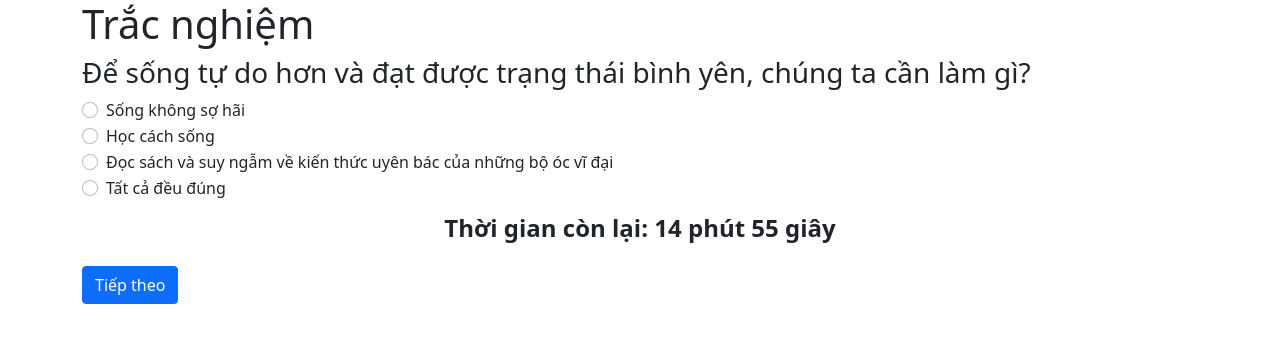
Repository: tran-thien-nhan/quiz_tlln
Page: daily_stoic_quiz.html
The author's editor kept a copy of each file at every save. The page is drawn from the files as they stood at one save, then again after the next save.
The browser window is 1280 px wide. The pictures show the whole page.

Above is the page before, as saved 2023-06-25 18:31:34.

After the next save:
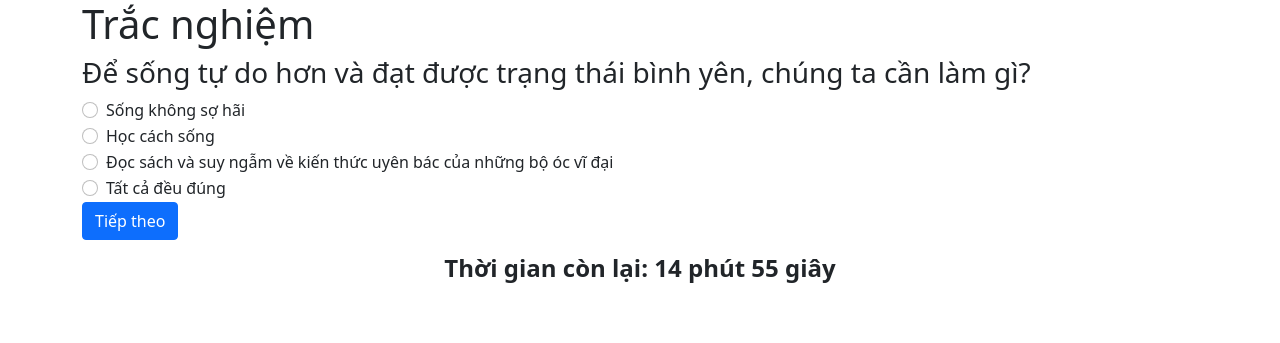
Saved 52 s later.
--- a/daily_stoic_quiz.html
+++ b/daily_stoic_quiz.html
@@ -35,11 +35,12 @@
                 <input class="form-check-input" type="radio" name="answer" id="answer4">
                 <label class="form-check-label" for="answer4" id="answerText4"></label>
             </div>
+            <button class="btn btn-primary" id="nextButton">Tiếp theo</button>
+            <span id="score"></span>
             <span id="result"></span>
         </div>
 
-        <button class="btn btn-primary" id="nextButton">Tiếp theo</button>
-        <span id="score"></span>
+
     </div>
 
     <!-- Modal -->

After the save that followed:
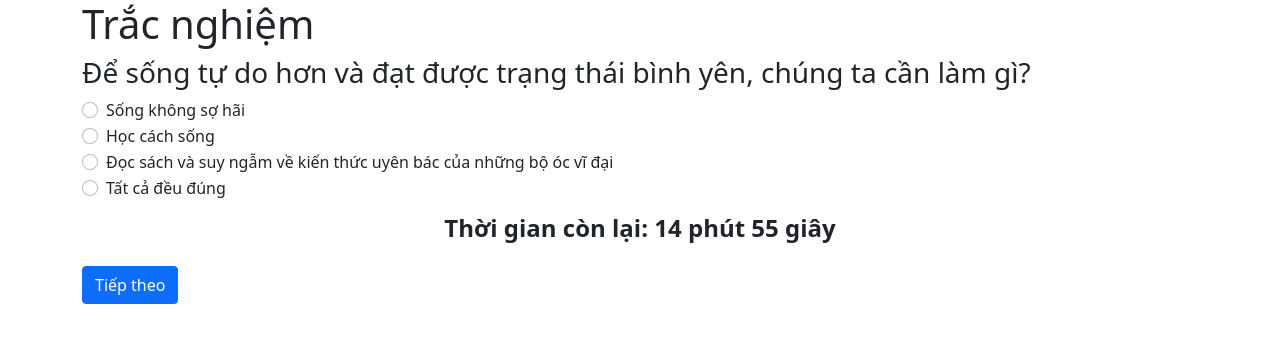
Saved 39 s later.
--- a/daily_stoic_quiz.html
+++ b/daily_stoic_quiz.html
@@ -35,12 +35,11 @@
                 <input class="form-check-input" type="radio" name="answer" id="answer4">
                 <label class="form-check-label" for="answer4" id="answerText4"></label>
             </div>
-            <button class="btn btn-primary" id="nextButton">Tiếp theo</button>
-            <span id="score"></span>
             <span id="result"></span>
         </div>
 
-
+        <button class="btn btn-primary" id="nextButton">Tiếp theo</button>
+        <span id="score"></span>
     </div>
 
     <!-- Modal -->
